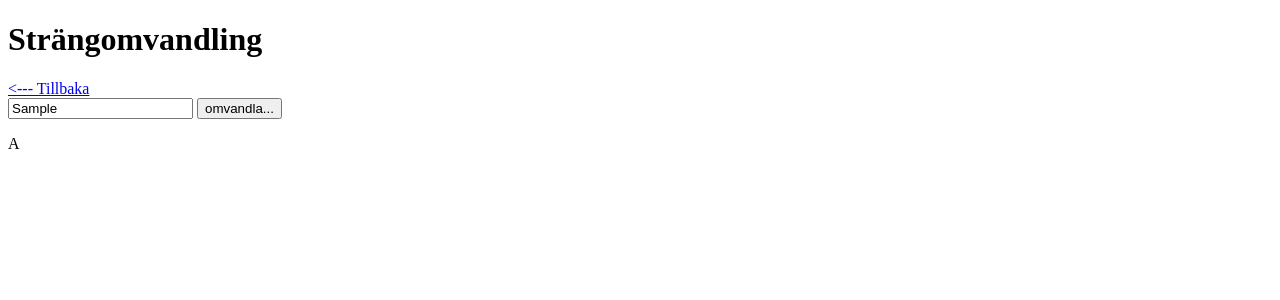
Repository: mi222ep/1dv403-laborationer
Page: 1-vandalen/strings/index.html
The author's editor kept a record of every edit. The page is drawn from the files as they stood at one moment, then again after the next edit.
The browser window is 1280 px wide. The pictures show the whole page.
Empty fields were first filled with sample values (such as "Sample", 5 or name@example.com).
After loading, the first visible `#send` was clicked once.

Above is the page before.

After the next edit:
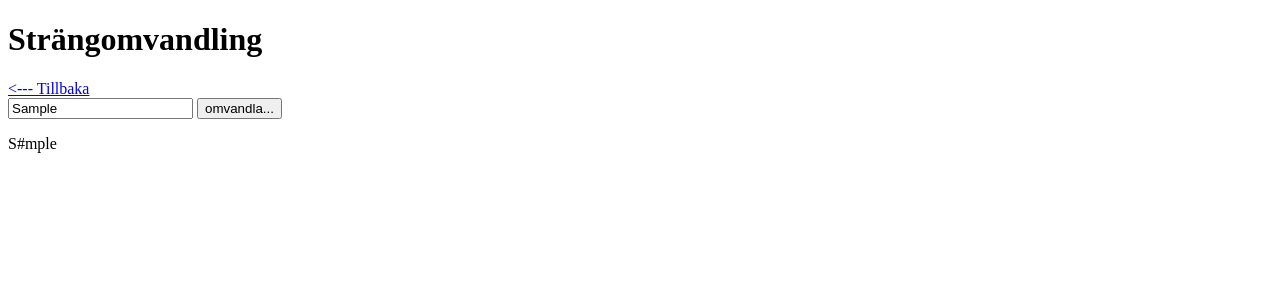
The edit:
--- a/1-vandalen/strings/script.js
+++ b/1-vandalen/strings/script.js
@@ -15,7 +15,7 @@
 				character = character.toLowerCase();
 			}
 			else{
-				return character.toUpperCase();
+				character = character.toUpperCase();
 			}
        }
 
